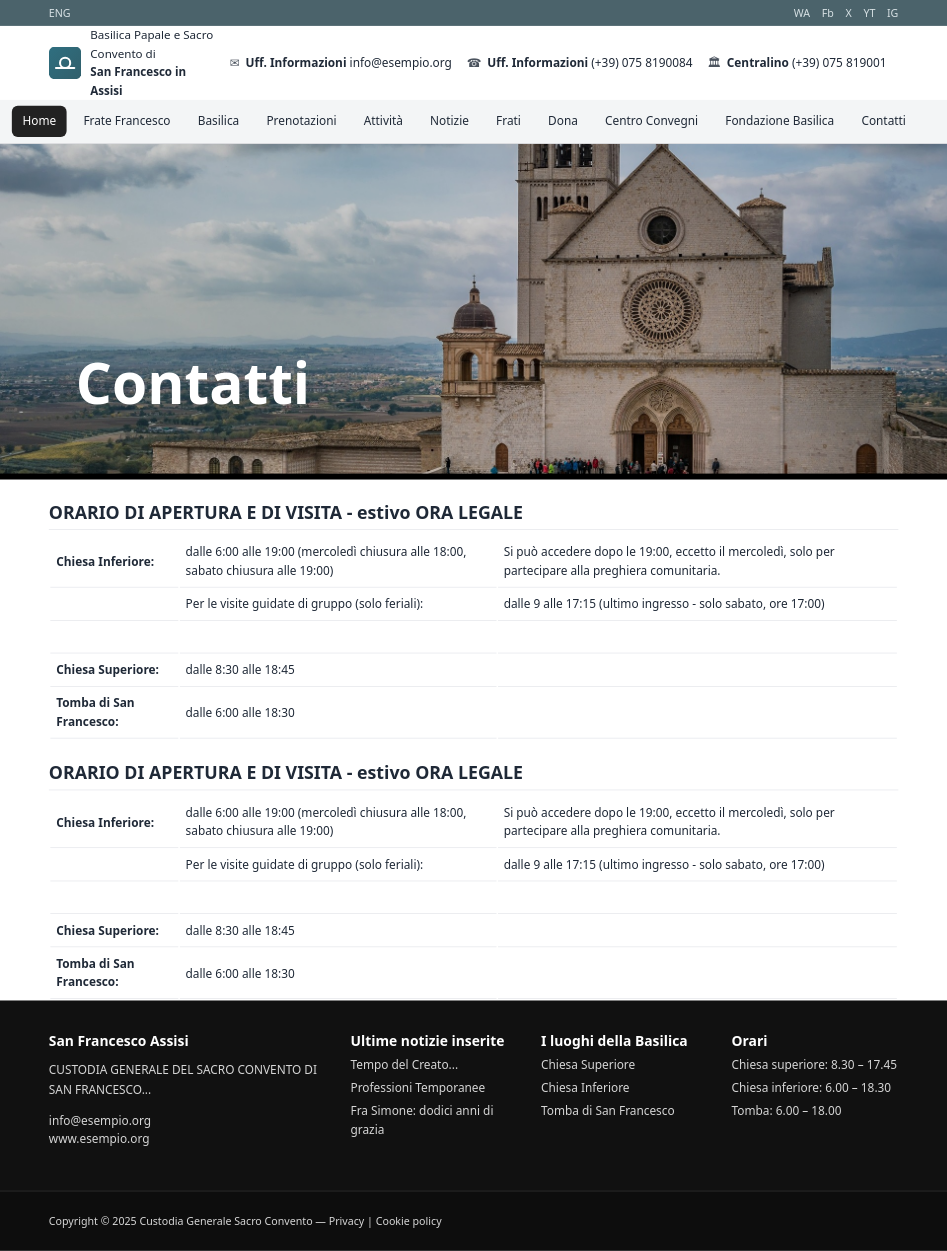
Repository: leacappello/basilica-platform-project
Page: pages/contatti.html
An editor plug-in stored every save of this project. The page is shown before and after the next save, followed by the edit.
The browser window is 1280 px wide. The pictures show the whole page, at 74% of full size.

Above is the page before, as saved 2025-09-17 09:26:09.
Console error (its wording comes from the project's code and is left out).

### pages/contatti.html
<!DOCTYPE html>
<html lang="it" class="no-js">

<head>
    <meta charset="utf-8" />
    <meta name="viewport" content="width=device-width, initial-scale=1" />
    <meta name="description"
        content="Basilica — Portale gemello (look & feel dimostrativo, contenuti e immagini originali)">
    <title>Basilica — Progetto gemello</title>

    <!-- Foglio di stile principale -->
    <link rel="stylesheet" href="../assets/styles.css" />

    <!-- Se JS è attivo, rimuoviamo la classe .no-js (utile per fallback menu) -->
    <script>document.documentElement.classList.remove('no-js');</script>
</head>

<body>

    <!-- ======================================================================
       TOPBAR: lingua + social (banda superiore sottile)
       ====================================================================== -->
    <div class="topbar">
        <div class="container topbar__inner">
            <div class="topbar__lang">
                <a href="#" aria-label="Versione in inglese">ENG</a>
            </div>
            <div class="topbar__social" aria-label="Social">
                <a href="#" aria-label="WhatsApp" title="WhatsApp">WA</a>
                <a href="#" aria-label="Facebook" title="Facebook">Fb</a>
                <a href="#" aria-label="X" title="X">X</a>
                <a href="#" aria-label="YouTube" title="YouTube">YT</a>
                <a href="#" aria-label="Instagram" title="Instagram">IG</a>
            </div>
        </div>
    </div>

    <!-- ======================================================================
       HEADER (masthead): logo + contatti rapidi + hamburger mobile
       Sticky con nav principale subito sotto
       ====================================================================== -->
    <header class="masthead">
        <div class="container masthead__inner">
            <!-- BRAND: logo + denominazione (il logo è decorativo; il nome è testuale) -->
            <a class="brand" href="#home" aria-label="Vai alla Home">
                <img src="images/logo.svg" alt="" class="brand__logo" aria-hidden="true" />
                <span class="brand__name">
                    Basilica Papale e Sacro Convento di<br />
                    <strong>San Francesco in Assisi</strong>
                </span>
            </a>

            <!-- CONTATTI RAPIDI: tre blocchi -->
            <ul class="masthead__contacts" aria-label="Contatti rapidi">
                <li>
                    <span class="ic" aria-hidden="true">✉</span>
                    <div>
                        <strong>Uff. Informazioni</strong>
                        <a href="mailto:info@esempio.org">info@esempio.org</a>
                    </div>
                </li>
                <li>
                    <span class="ic" aria-hidden="true">☎</span>
                    <div>
                        <strong>Uff. Informazioni</strong>
                        <a href="tel:+390758190084">(+39) 075 8190084</a>
                    </div>
                </li>
                <li>
                    <span class="ic" aria-hidden="true">🏛</span>
                    <div>
                        <strong>Centralino</strong>
                        <a href="tel:+39075819001">(+39) 075 819001</a>
                    </div>
                </li>
            </ul>

            <!-- HAMBURGER per mobile -->
            <button id="menu-button" class="menu-button" aria-controls="primary-nav" aria-expanded="false">
                <span class="sr-only">Apri/chiudi menu</span>
                <span aria-hidden="true" class="menu-icon"></span>
            </button>
        </div>

        <!-- NAV PRINCIPALE (mega-nav semplificato con sottomenù a tendina) -->
        <nav id="primary-nav" class="nav" aria-label="Navigazione principale">
            <ul class="nav__root">
                <li class="is-active"><a href="#home">Home</a></li>

                <li class="has-sub">
                    <a href="#frate">Frate Francesco</a>
                    <ul class="nav__sub">
                        <li><a href="#">Storia di un santo</a></li>
                        <li><a href="#">Scritti</a></li>
                    </ul>
                </li>

                <li class="has-sub">
                    <a href="#basilica">Basilica</a>
                    <ul class="nav__sub">
                        <li><a href="#">Chiesa superiore</a></li>
                        <li><a href="#">Chiesa inferiore</a></li>
                        <li><a href="#">Cripta</a></li>
                    </ul>
                </li>

                <li class="has-sub">
                    <a href="#prenotazioni">Prenotazioni</a>
                    <ul class="nav__sub">
                        <li><a href="#">Visite individuali</a></li>
                        <li><a href="#">Gruppi</a></li>
                    </ul>
                </li>

                <li class="has-sub">
                    <a href="#attivita">Attività</a>
                    <ul class="nav__sub">
                        <li><a href="#">Pastorale</a></li>
                        <li><a href="#">Cultura</a></li>
                    </ul>
                </li>

                <li><a href="#notizie">Notizie</a></li>

                <li class="has-sub">
                    <a href="#frati">Frati</a>
                    <ul class="nav__sub">
                        <li><a href="#">Comunità</a></li>
                    </ul>
                </li>

                <li class="has-sub">
                    <a href="#dona">Dona</a>
                    <ul class="nav__sub">
                        <li><a href="#">Come donare</a></li>
                    </ul>
                </li>

                <li><a href="#centro">Centro Convegni</a></li>
                <li><a href="#fondazione">Fondazione Basilica</a></li>
                <li><a href="#contatti">Contatti</a></li>
            </ul>
        </nav>
    </header>

    <!-- ======================================================================
       HERO: slider immagini + titolo
       ====================================================================== -->
    <div class="main-content">

        <section id="home" class="hero" aria-label="Sezione introduttiva">
            <div class="hero__slides">
                <figure class="hero__slide is-active">
                    <img src="../images/hero-1.jpg" alt="Affreschi della Basilica" loading="eager">
                    <figcaption>
                        <h1>Contatti <span class="accent">
                            </span></h1>
                    </figcaption>
                </figure>
            </div>
        </section>

        <section>
            <div class="container">
                <div class="row">
                    <div class="">
                        <h3 class="titolo-orari">ORARIO DI APERTURA E DI VISITA - estivo ORA LEGALE</h3>
                        <table class="orari">
                            <tbody>
                                <tr>
                                    <th scope="col">Chiesa Inferiore:</th>
                                    <td>dalle 6:00 alle 19:00 (mercoledì chiusura alle 18:00, sabato chiusura alle
                                        19:00)</td>
                                    <td>Si può accedere dopo le 19:00, eccetto il mercoledì, solo per partecipare alla
                                        preghiera comunitaria.</td>
                                </tr>
                                <tr>
                                    <td>&nbsp;</td>
                                    <td>Per le visite guidate di gruppo (solo feriali):</td>
                                    <td>dalle 9 alle 17:15 (ultimo ingresso - solo sabato, ore 17:00)</td>
                                </tr>
                                <tr>
                                    <td>&nbsp;</td>
                                    <td></td>
                                    <td></td>
                                </tr>
                                <tr>
                                    <th>Chiesa Superiore:</th>
                                    <td>dalle 8:30 alle 18:45</td>
                                    <td></td>
                                </tr>
                                <tr>
                                    <th>Tomba di San Francesco:</th>
                                    <td>dalle 6:00 alle 18:30</td>
                                    <td></td>
                                </tr>
                            </tbody>
                        </table>

                        <h3 class="titolo-orari">ORARIO DI APERTURA E DI VISITA - estivo ORA LEGALE</h3>
                        <table class="orari">
                            <tbody>
                                <tr>
                                    <th scope="col">Chiesa Inferiore:</th>
                                    <td>dalle 6:00 alle 19:00 (mercoledì chiusura alle 18:00, sabato chiusura alle
                                        19:00)</td>
                                    <td>Si può accedere dopo le 19:00, eccetto il mercoledì, solo per partecipare alla
                                        preghiera comunitaria.</td>
                                </tr>
                                <tr>
                                    <td>&nbsp;</td>
                                    <td>Per le visite guidate di gruppo (solo feriali):</td>
                                    <td>dalle 9 alle 17:15 (ultimo ingresso - solo sabato, ore 17:00)</td>
                                </tr>
                                <tr>
                                    <td>&nbsp;</td>
                                    <td></td>
                                    <td></td>
                                </tr>
                                <tr>
                                    <th>Chiesa Superiore:</th>
                                    <td>dalle 8:30 alle 18:45</td>
                                    <td></td>
                                </tr>
                                <tr>
                                    <th>Tomba di San Francesco:</th>
                                    <td>dalle 6:00 alle 18:30</td>
                                    <td></td>
                                </tr>
                            </tbody>
                        </table>



                    </div>
                </div>
            </div>
        </section>
    </div>


    <!-- ======================================================================
       FOOTER “mega”: 4 colonne + riga legale con anno dinamico
       ====================================================================== -->
    <footer class="site-footer" role="contentinfo">
        <div class="container footer__grid">
            <section>
                <h3 class="footer__title">San Francesco Assisi</h3>
                <p>CUSTODIA GENERALE DEL SACRO CONVENTO DI SAN FRANCESCO...</p>
                <p>
                    <a href="mailto:info@esempio.org">info@esempio.org</a><br>
                    <a href="https://www.esempio.org">www.esempio.org</a>
                </p>
            </section>

            <section>
                <h3 class="footer__title">Ultime notizie inserite</h3>
                <ul class="footer__list">
                    <li><a href="#">Tempo del Creato...</a></li>
                    <li><a href="#">Professioni Temporanee</a></li>
                    <li><a href="#">Fra Simone: dodici anni di grazia</a></li>
                </ul>
            </section>

            <section>
                <h3 class="footer__title">I luoghi della Basilica</h3>
                <ul class="footer__list">
                    <li><a href="#">Chiesa Superiore</a></li>
                    <li><a href="#">Chiesa Inferiore</a></li>
                    <li><a href="#">Tomba di San Francesco</a></li>
                </ul>
            </section>

            <section>
                <h3 class="footer__title">Orari</h3>
                <ul class="footer__list">
                    <li>Chiesa superiore: 8.30 – 17.45</li>
                    <li>Chiesa inferiore: 6.00 – 18.30</li>
                    <li>Tomba: 6.00 – 18.00</li>
                </ul>
            </section>
        </div>

        <div class="footer__legal">
            <div class="container">
                <p>Copyright © <span id="year"></span> Custodia Generale Sacro Convento — <a href="#">Privacy</a> | <a
                        href="#">Cookie policy</a></p>
            </div>
        </div>
    </footer>

    <!-- Script frontend: toggle menu, slider, evidenziazione link, anno -->
    <script src="../assets/script.js"></script>
</body>

</html>

Loaded but not shown: assets/script.js (113 lines, source omitted); assets/styles.css (231 lines, source omitted)

After the next save:
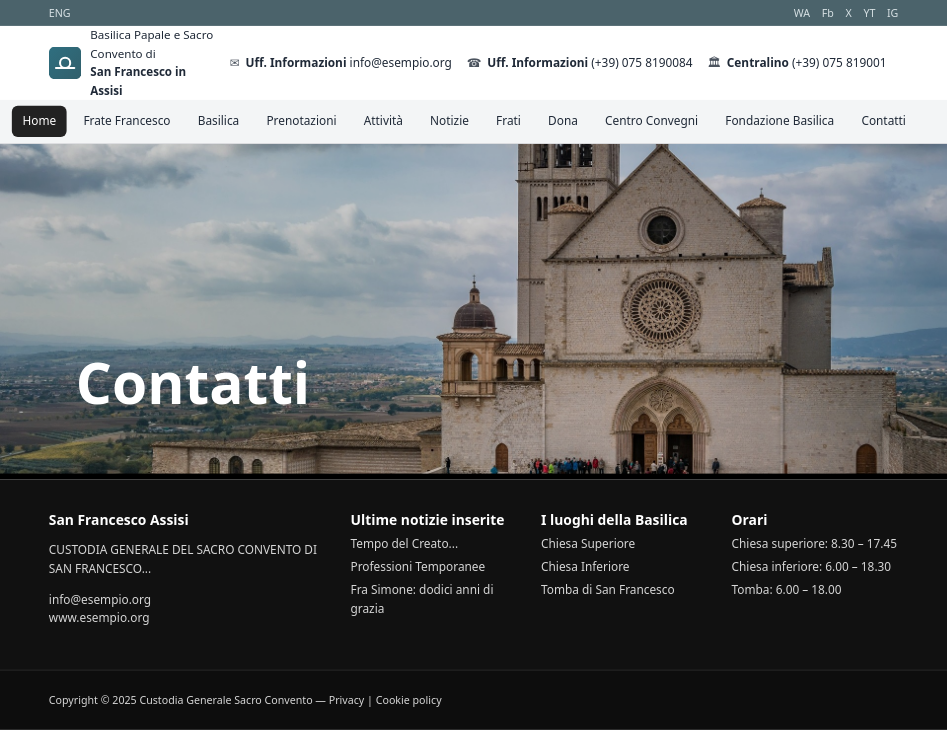
Saved 57 s later.
--- a/pages/contatti.html
+++ b/pages/contatti.html
@@ -159,83 +159,15 @@
                 </figure>
             </div>
         </section>
-
+       <!-- sezione contatti -->
         <section>
             <div class="container">
                 <div class="row">
-                    <div class="">
-                        <h3 class="titolo-orari">ORARIO DI APERTURA E DI VISITA - estivo ORA LEGALE</h3>
-                        <table class="orari">
-                            <tbody>
-                                <tr>
-                                    <th scope="col">Chiesa Inferiore:</th>
-                                    <td>dalle 6:00 alle 19:00 (mercoledì chiusura alle 18:00, sabato chiusura alle
-                                        19:00)</td>
-                                    <td>Si può accedere dopo le 19:00, eccetto il mercoledì, solo per partecipare alla
-                                        preghiera comunitaria.</td>
-                                </tr>
-                                <tr>
-                                    <td>&nbsp;</td>
-                                    <td>Per le visite guidate di gruppo (solo feriali):</td>
-                                    <td>dalle 9 alle 17:15 (ultimo ingresso - solo sabato, ore 17:00)</td>
-                                </tr>
-                                <tr>
-                                    <td>&nbsp;</td>
-                                    <td></td>
-                                    <td></td>
-                                </tr>
-                                <tr>
-                                    <th>Chiesa Superiore:</th>
-                                    <td>dalle 8:30 alle 18:45</td>
-                                    <td></td>
-                                </tr>
-                                <tr>
-                                    <th>Tomba di San Francesco:</th>
-                                    <td>dalle 6:00 alle 18:30</td>
-                                    <td></td>
-                                </tr>
-                            </tbody>
-                        </table>
-
-                        <h3 class="titolo-orari">ORARIO DI APERTURA E DI VISITA - estivo ORA LEGALE</h3>
-                        <table class="orari">
-                            <tbody>
-                                <tr>
-                                    <th scope="col">Chiesa Inferiore:</th>
-                                    <td>dalle 6:00 alle 19:00 (mercoledì chiusura alle 18:00, sabato chiusura alle
-                                        19:00)</td>
-                                    <td>Si può accedere dopo le 19:00, eccetto il mercoledì, solo per partecipare alla
-                                        preghiera comunitaria.</td>
-                                </tr>
-                                <tr>
-                                    <td>&nbsp;</td>
-                                    <td>Per le visite guidate di gruppo (solo feriali):</td>
-                                    <td>dalle 9 alle 17:15 (ultimo ingresso - solo sabato, ore 17:00)</td>
-                                </tr>
-                                <tr>
-                                    <td>&nbsp;</td>
-                                    <td></td>
-                                    <td></td>
-                                </tr>
-                                <tr>
-                                    <th>Chiesa Superiore:</th>
-                                    <td>dalle 8:30 alle 18:45</td>
-                                    <td></td>
-                                </tr>
-                                <tr>
-                                    <th>Tomba di San Francesco:</th>
-                                    <td>dalle 6:00 alle 18:30</td>
-                                    <td></td>
-                                </tr>
-                            </tbody>
-                        </table>
-
-
-
-                    </div>
+
                 </div>
             </div>
         </section>
+       <!-- sezione contatti -->
     </div>
 
 
